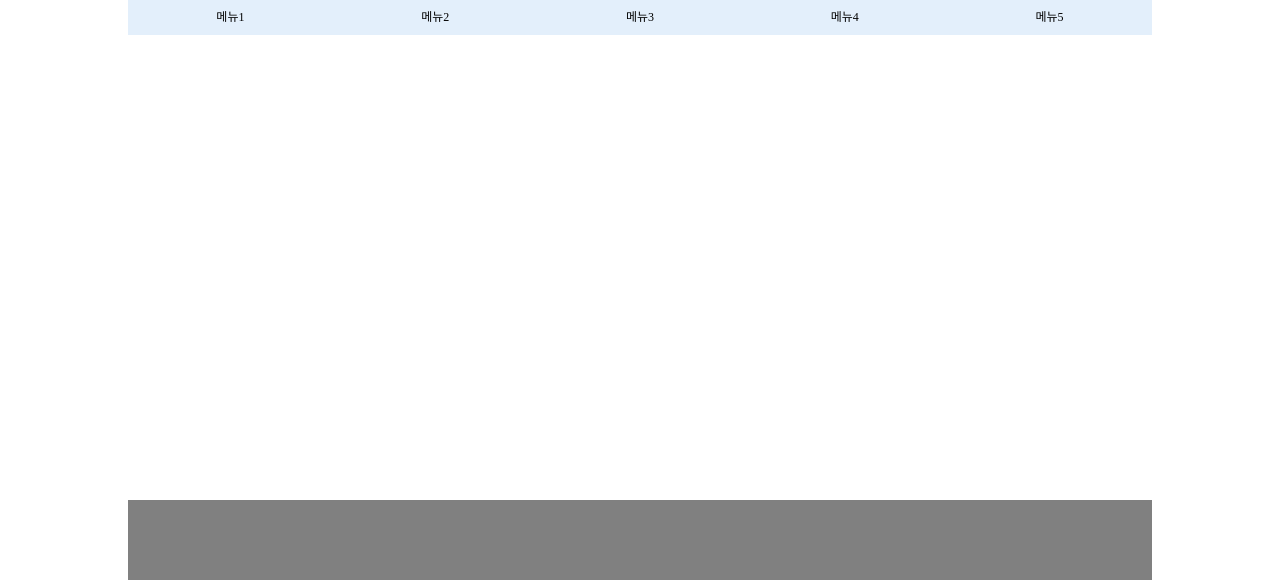
Repository: ekgus419/hckj
Page: Railro/src/main/webapp/WEB-INF/views/main.html
An editor plug-in stored every save of this project. The page is shown before and after the next save, followed by the edit.
The browser window is 1280 px wide. The pictures show the part of the page from y = 180 to 760 px (the page is 760 px tall before and 720 px after).

Above is the page before, as saved 2016-08-18 05:53:24.

After the next save:
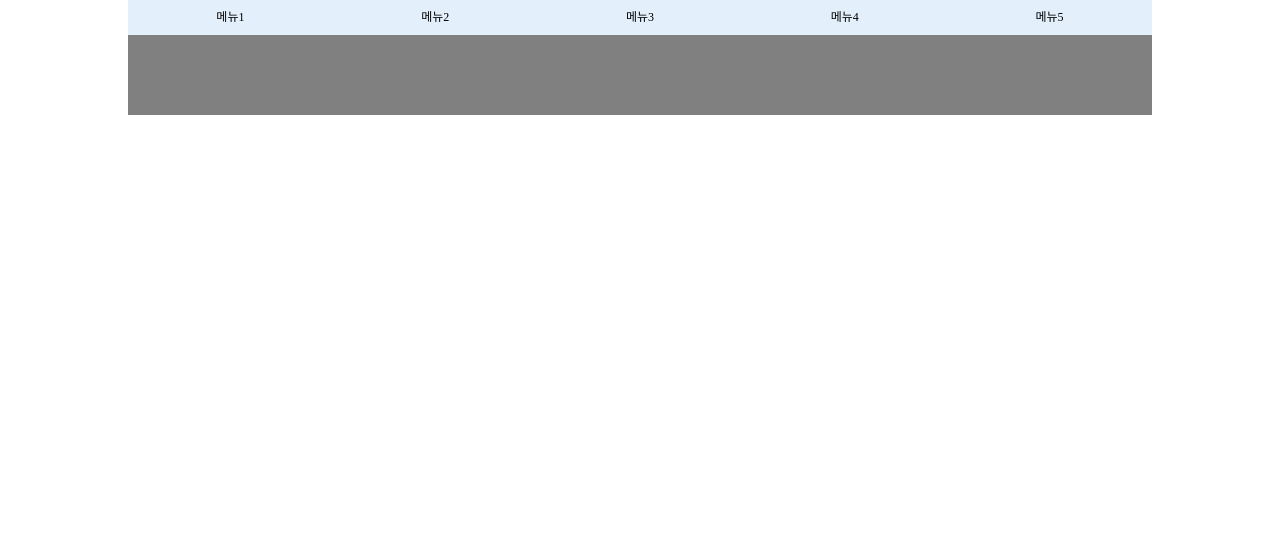
Saved 5 min 0 s later.
--- a/Railro/src/main/webapp/WEB-INF/views/main.html
+++ b/Railro/src/main/webapp/WEB-INF/views/main.html
@@ -9,7 +9,7 @@
 		ul, li, ol, dl, dt, dd { list-style: none; }
 		.wrap {width: 80%; margin: 0 auto; min-width: 978px; height: 100%;}
 		.header {width: 100%; height: 180px; background-image: url("images/이미지1.jpg"); }
-		.content { width: 100%; height: 500px; }
+
 		.main-menu { width: 100%; height: 35px; background: #e3effb; }
 		.top-menu { width: 100%;}
 		.top-menu li { float: left; width: 20%; line-height: 35px; text-align: center; }
